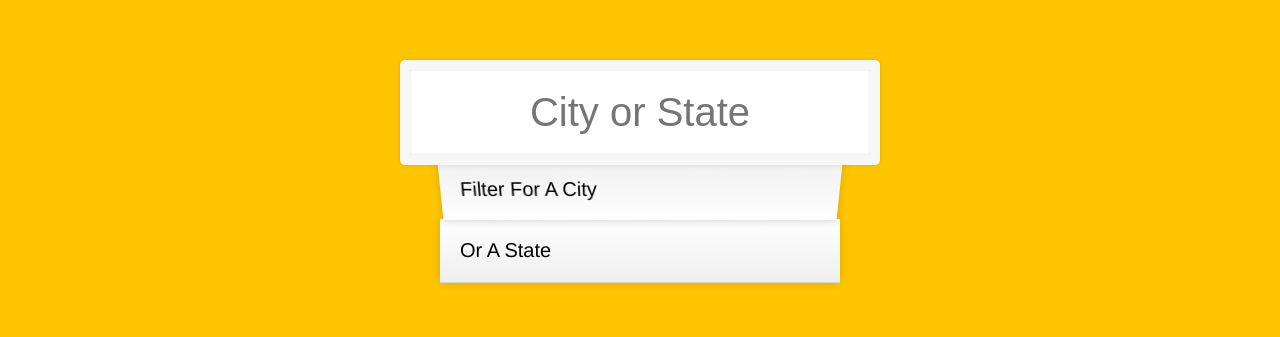
Repository: Saieebawake/Type-Ahead-City-or-State-Search
Page: index.html
The author's editor kept a copy of each file at every save. The page is drawn from the files as they stood at one save, then again after a run of saves.
The browser window is 1280 px wide. The pictures show the whole page.
The page's requests for data from a server got no answer.

Above is the page before, as saved 2026-09-27 20:46:49.

### index.html
<!DOCTYPE html>
<html lang="en">
<head>
    <meta charset="UTF-8">
    <meta name="viewport" content="width=device-width, initial-scale=1.0">
    <title>Type Ahead</title>
    <link rel="stylesheet" href="style.css">
</head>
<body>
    <form class="search-form">
        <input type="text" class="search" placeholder="City or State">
        <ul class="suggestions">
            <li>Filter for a city</li>
            <li>or a state</li>
        </ul>
    </form>
    <script src="script.js"></script>
</body>
</html>

### style.css
html {
    box-sizing: border-box;
    background: #ffc600;
    font-family: 'helvetica neue';
    font-size: 20px;
    font-weight: 200;
}

*, *:before, *:after {
    box-sizing: inherit;
}

input {
    width: 100%;
    padding: 20px;
}

.search-form {
    max-width: 400px;
    margin: 50px auto;
}

input.search {
    margin: 0;
    text-align: center;
    outline: 0;
    border: 10px solid #f7f7f7;
    width: 120%;
    left: -10%;
    position: relative;
    top: 10px;
    z-index: 2;
    border-radius: 5px;
    font-size: 40px;
    box-shadow: 0 0 5px rgba(0, 0, 0, 0.12), inset 0 0 2px rgba(0, 0, 0, 0.19);
}

.suggestions {
    margin: 0;
    padding: 0;
    position: relative;
}

.suggestions li {
    background: white;
    list-style: none;
    border-bottom: 1px solid #d8d8d8;
    box-shadow: 0 0 10px rgba(0, 0, 0, 0.14);
    margin: 0;
    padding: 20px;
    transition: background 0.2s;
    display: flex;
    justify-content: space-between;
    text-transform: capitalize;
}

.suggestions li:nth-child(even) {
    margin-top: 10px
    transform: perspective(100px) rotateX(3deg) translateY(2px) scale(1.001);
    background: linear-gradient(to bottom, #ffffff 0%, #efefef 100%);
}

.suggestions li:nth-child(odd) {
    transform: perspective(100px) rotateX(-3deg) translateY(3px);
    background: linear-gradient(to top, #ffffff 0%, #efefef 100%);
}

span.population {
    font-size: 15px;
}

.hl {
    background: #ffc600;
}

### script.js
const endpoint = 'https://gist.githubusercontent.com/Miserlou/c5cd8364bf9b2420bb29/raw/2bf258763cdddd704f8ffd3ea9a3e81d25e2c6f6/cities.json'

const cities = [];

fetch(endpoint)
.then(blob => blob.json())
.then(data => cities.push(...data))

function findMatches(wordToMatch, cities) {
    return cities.filter(place => {
        const regex = new RegExp(wordToMatch, 'gi');
        return place.city.match(regex) || place.state.match(regex)
    });
}

function numberWithCommas(x) {
    return x.toString().replace(/|B(?=(\d{3})+(?!\d))/g, ',');
}

function displayMatches() {
    const matchArray = findMatches(this.value, cities);
    const html = matchArray.map(place => {
        const regex = new RegExp(this.value, 'gi');
        const cityName = place.city.replace(regex,`<span class="hl">${this.value}</span>`);
        const stateName = place.state.replace(regex,`<span class="hl">${this.value}</span>`);
        return `
        <li>
        <span class="name">${cityName}, ${stateName}</span>
        <span class="population">${numberWithCommas(place.population)}</span>
        </li>`;
    }).join('');
    suggestions.innerHTML = html;
}

const searchInput = document.querySelector('.search');
const suggestions = document.querySelector('.suggestions');

searchInput.addEventListener('change', displayMatches);
searchInput.addEventListener('keyup', displayMatches);

After the next 2 saves:
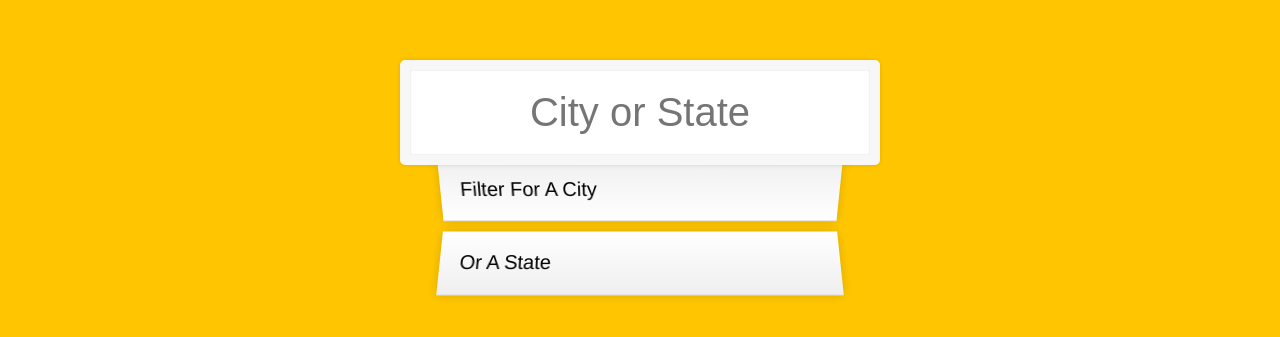
The 2 saves are shown as one change because they came seconds apart.
The last was saved 8 s later.
--- a/style.css
+++ b/style.css
@@ -55,7 +55,7 @@ input.search {
 }
 
 .suggestions li:nth-child(even) {
-    margin-top: 10px
+    margin-top: 10px;
     transform: perspective(100px) rotateX(3deg) translateY(2px) scale(1.001);
     background: linear-gradient(to bottom, #ffffff 0%, #efefef 100%);
 }
